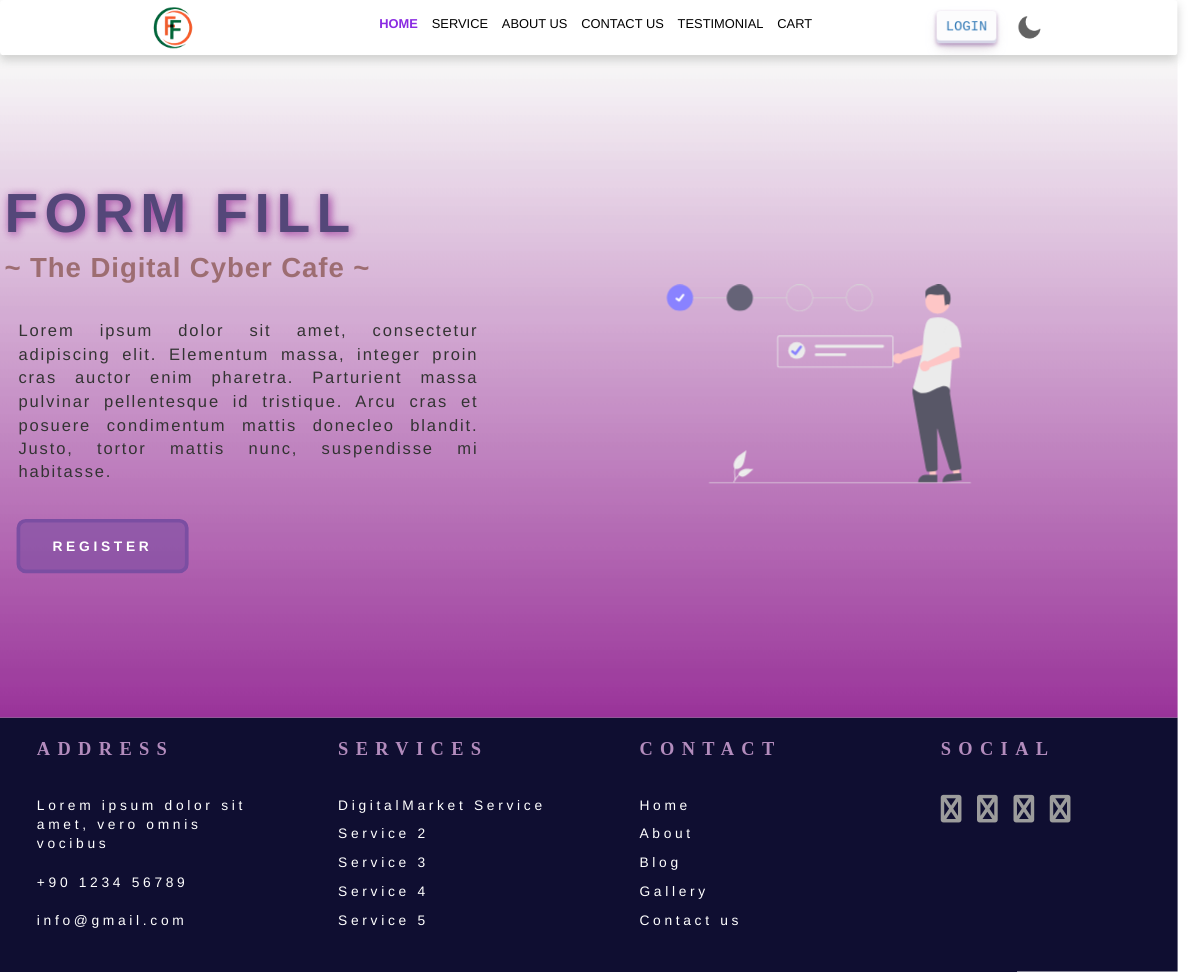
Repository: codervivek5/Formfil
Page: index.html
The author's editor kept a copy of each file at every save. The page is drawn from the files as they stood at one save, then again after the next save.
The browser window is 1280 px wide. The page is 1295 px wide, so the pictures cover 1295 px, including what lies to the right of the window. The pictures show the whole page, at 92% of full size.
Some web fonts or font styles are not loaded; a fallback is used.

Above is the page before, as saved 2023-03-04 21:15:46.

After the next save:
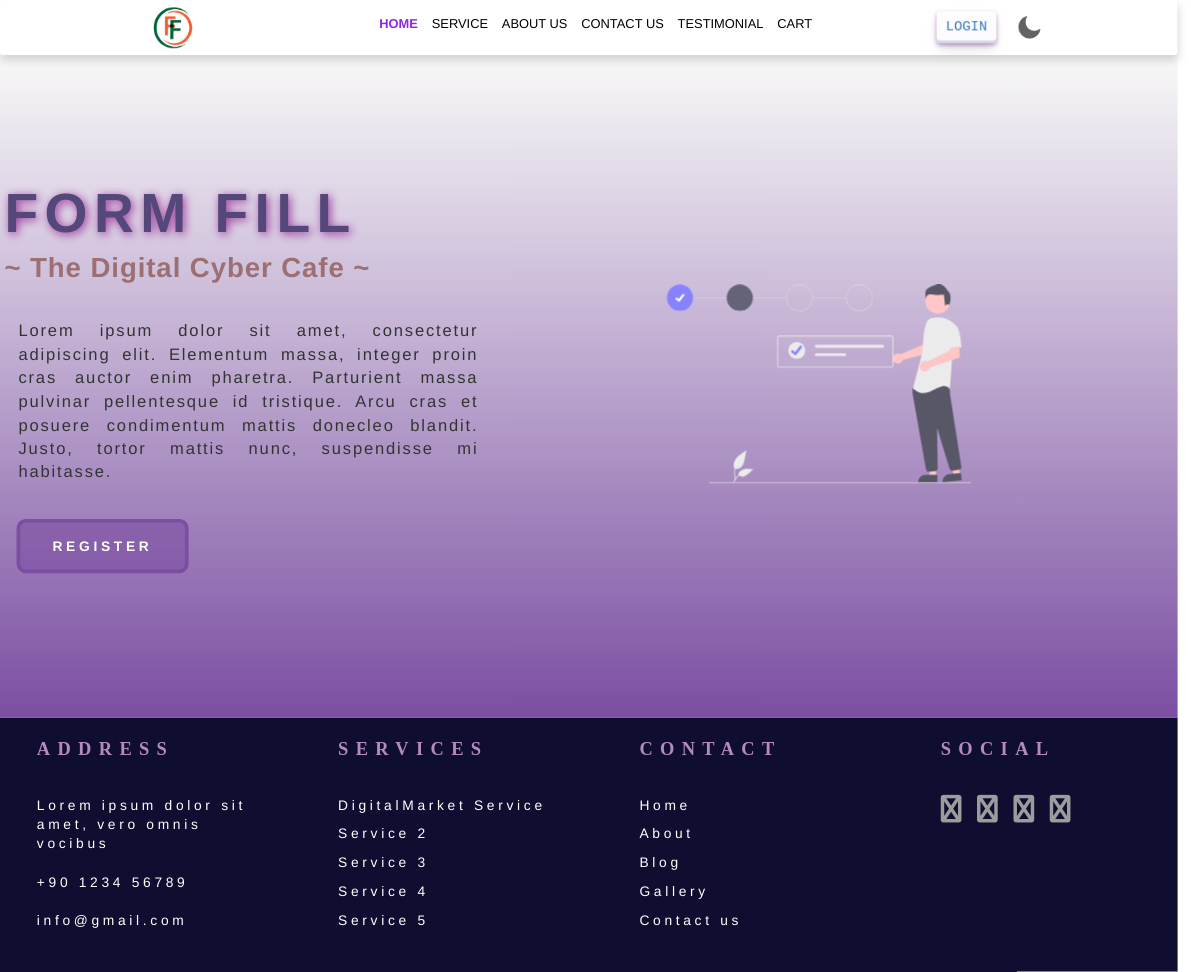
Saved 33 s later.
--- a/style/theme.css
+++ b/style/theme.css
@@ -1,5 +1,5 @@
 :root{
-	--color--main: linear-gradient(rgba(244, 245, 243, 0.712),purple);
+	--color--main: linear-gradient(rgba(244, 245, 243, 0.712),rgb(90, 34, 139));
 	--color--footer: rgb(119, 5, 100);
 	--color--h1: #2a1958;
 	--color--h2: rgba(122, 60, 60, 0.87);
